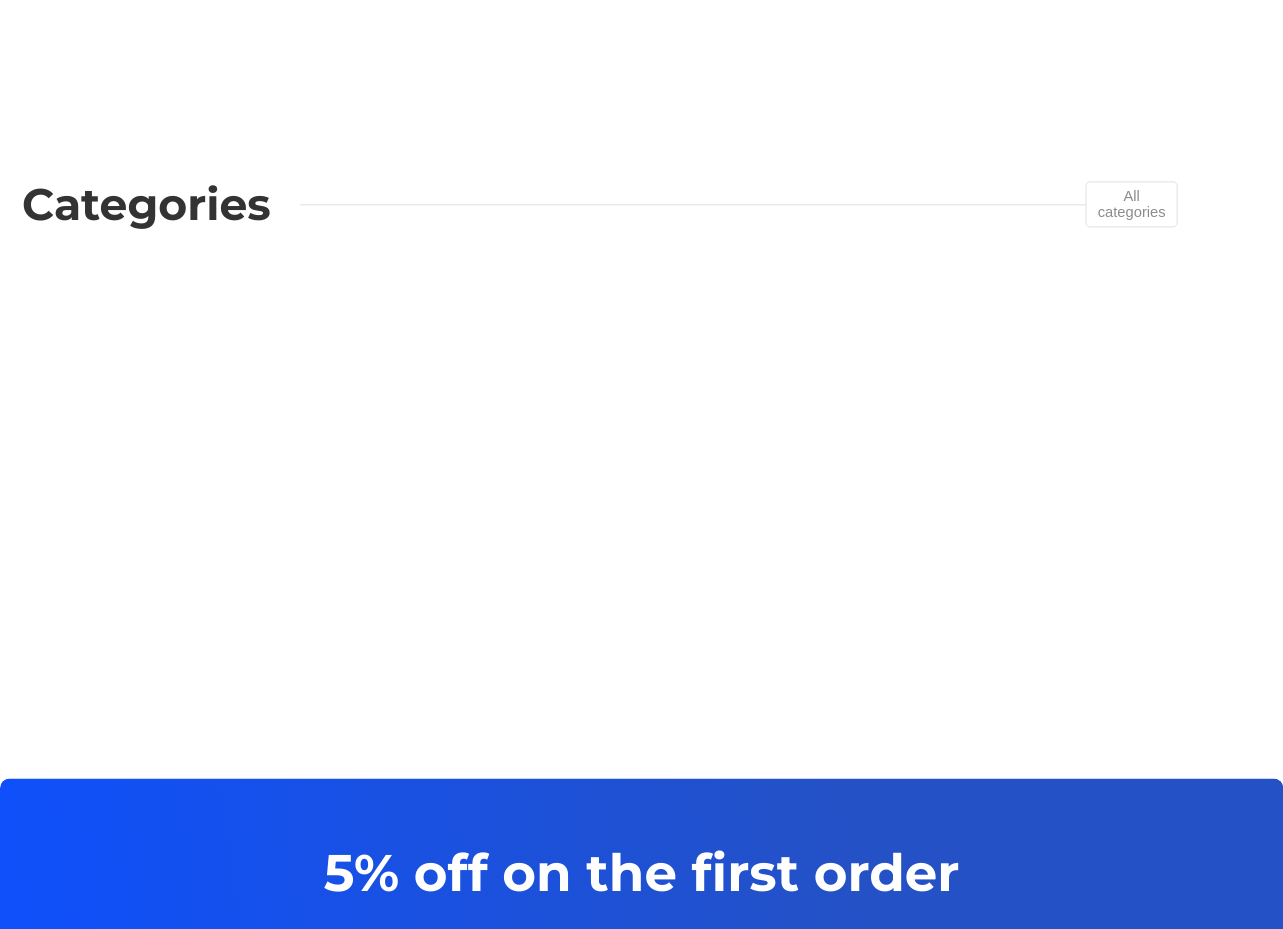
Repository: jursylian/PET-INTERNET-SHOP-PROJECT
Page: /
These files come from the project's save history. The page is drawn as it stood at one moment and after the next save; the edit follows.
The browser window is 1280 px wide. The page is 1395 px wide, so the pictures cover 1395 px, including what lies to the right of the window. The pictures show the part of the page from y = 648 to 1658 px (the page is 3871 px tall), at 92% of full size.
Pictures or frames that could not be fetched are drawn as grey boxes. The page's requests for data from a server got no answer. The project was rebuilt for these pictures with package versions that can differ from the ones it lists, and the page was loaded fresh each time. No one was signed in, and anything a server would have sent is missing. Also part of the build but not shown: vite.config.js, src/pages/CategoriesAll/CategoriesAll.module.css, src/layouts/PageSection/PageSection.module.css, src/layouts/PageSection/PageSection.jsx, src/pages/CategoriesAll/CategoriesAll.jsx, src/redux/productsSelectors.js, src/components/ProductFilter/ProductFilter.module.css, src/components/ProductFilter/ProductFilter.jsx and 22 more.

Above is the page before, as saved 2025-11-06 17:36:51.

After the next save:
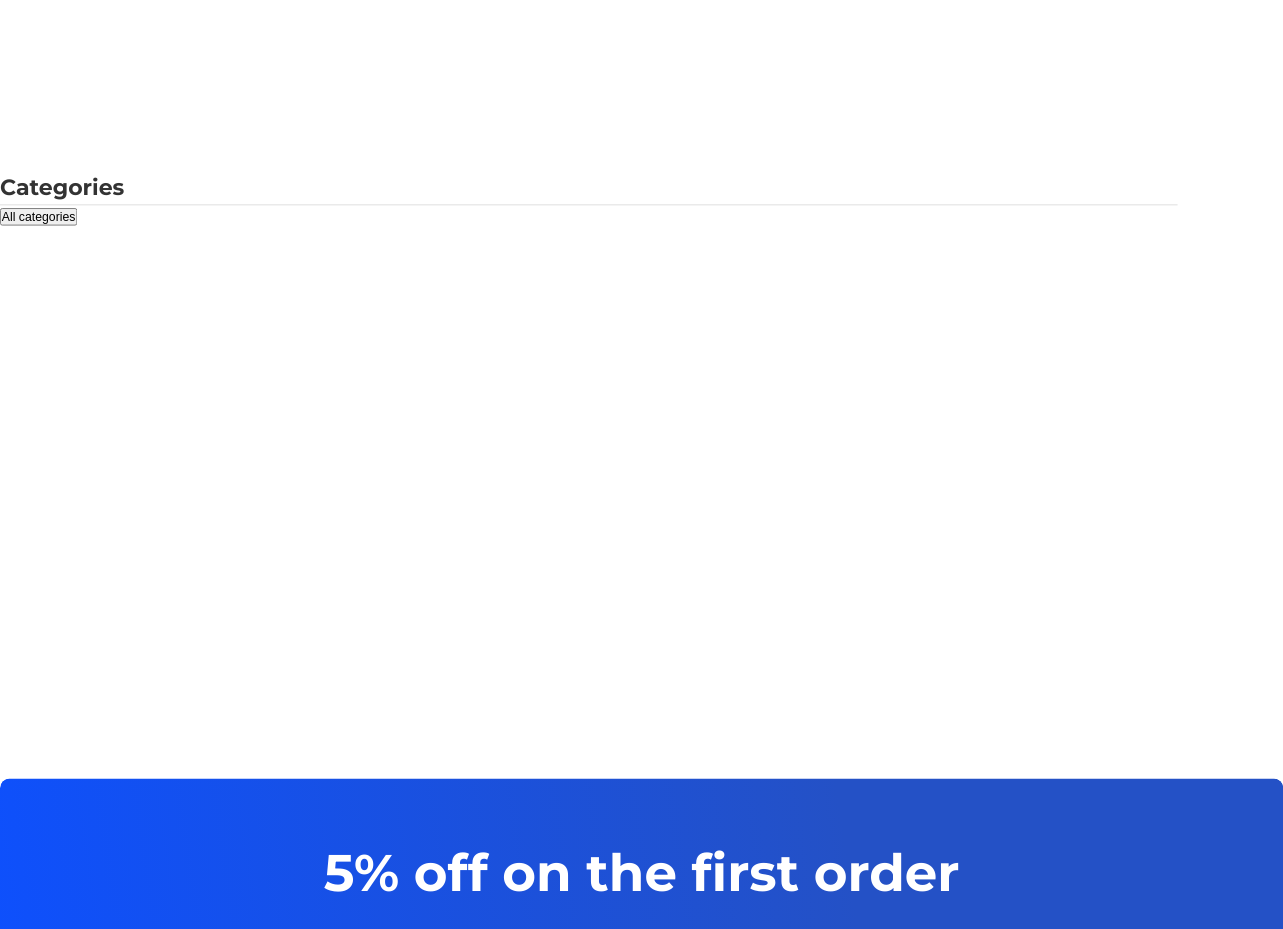
Saved 15 s later.
--- a/src/pages/Categories/Categories.jsx
+++ b/src/pages/Categories/Categories.jsx
@@ -2,53 +2,54 @@ import { useNavigate } from "react-router-dom";
 import { useEffect, useState } from "react";
 import axios from "axios";
 import styles from "./Categories.module.css";
+
 const Categories = () => {
   const navigate = useNavigate();
   const [categories, setCategories] = useState([]);
+
   useEffect(() => {
-    axios
-      .get(`http://localhost:3333/categories/all`)
-      .then((res) => {
-        const data = res.data;
-        const firstFour = data.length >= 4 ? data.slice(0, 4) : data;
-        setCategories(firstFour);
-      })
-      .catch((err) => {
+    const fetchCategories = async () => {
+      try {
+        const res = await axios.get("http://localhost:3333/categories/all");
+        setCategories(res.data.slice(0, 4)); // первые 4 категории
+      } catch (err) {
         console.error("Ошибка загрузки категорий:", err);
-      });
+      }
+    };
+
+    fetchCategories();
   }, []);
+
   return (
-    <div>
-      <section className={styles.categories}>
-        <div className={styles.titleCategories}>
-          <h2 className={styles.sectionTitle}>Categories</h2>
-          <div className={styles.line}></div>
-          <button
-            onClick={() => navigate("/categories")}
-            className={styles.categoriBottom}
+    <section className={styles.categories}>
+      <div className={styles.header}>
+        <h2 className={styles.title}>Categories</h2>
+        <div className={styles.line}></div>
+        <button
+          onClick={() => navigate("/categories")}
+          className={styles.showAllBtn}
+        >
+          All categories
+        </button>
+      </div>
+
+      <div className={styles.cards}>
+        {categories.map(({ id, title, image }) => (
+          <div
+            key={id}
+            className={styles.card}
+            onClick={() => navigate(`/categories/${id}`)}
           >
-            All categories{" "}
-          </button>
-        </div>
-
-        <div className={styles.categoriesImage}>
-          {categories.map(({ id, title, image }) => (
-            <div
-              key={id}
-              className={styles.card}
-              onClick={() => navigate(`/categories/${id}`)}
-            >
-              <img
-                src={`http://localhost:3333${image}`}
-                alt={title}
-                className={styles.cardImage}
-              />
-              <p className={styles.cardLabel}>{title}</p>
-            </div>
-          ))}
-        </div>
-      </section>
-    </div>
+            <img
+              src={`http://localhost:3333${image}`}
+              alt={title}
+              className={styles.image}
+            />
+            <p className={styles.label}>{title}</p>
+          </div>
+        ))}
+      </div>
+    </section>
   );
 };
 
